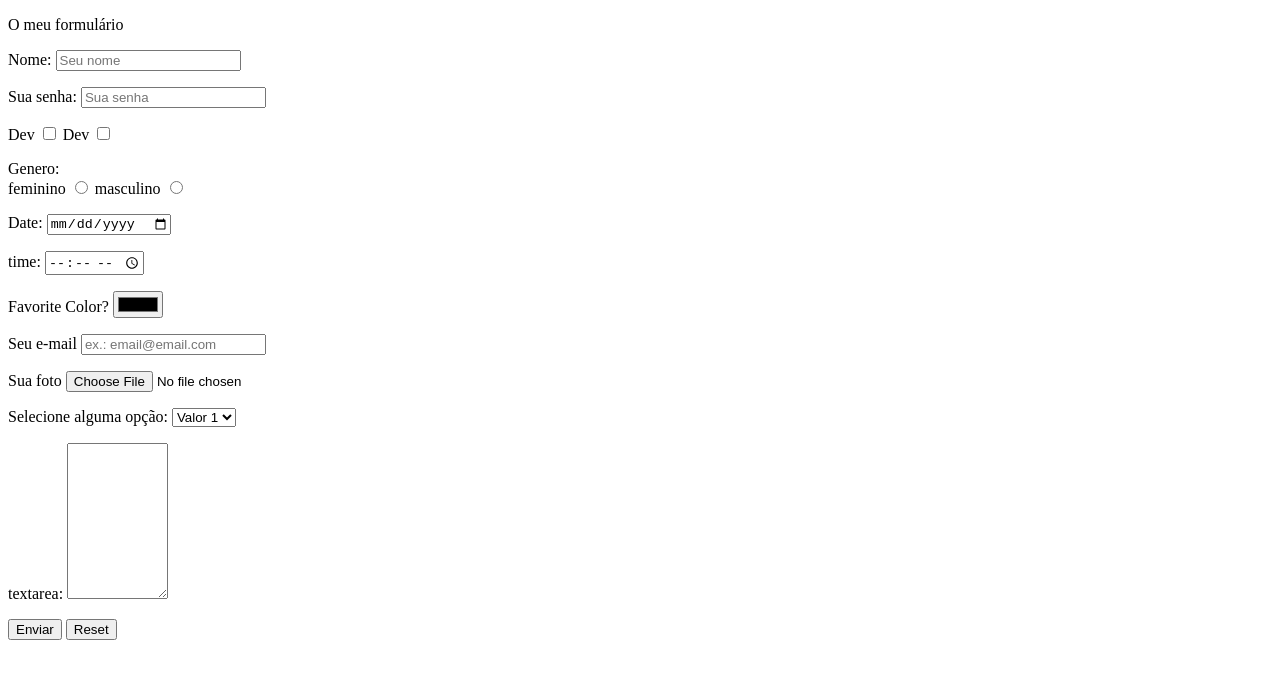
Repository: danilodscosta/CursoHTML
Page: index2.html
An editor plug-in stored every save of this project. The page is shown before and after the next save, followed by the edit.
The browser window is 1280 px wide. The pictures show the whole page.

Above is the page before, as saved 2023-11-02 16:15:34.

### index2.html
<!DOCTYPE html>
<html lang="pt-BR">

<head>
    <meta charset="utf-8">
    <meta name="viewport"
    content="width=device-width, inital-scale=1.0">
    <title>HTML</title>

    <style>
        label {
            cursor: pointer;
        }

    </style>
</head>

<body>
    <form action="#" method="get" autocomplete="off">
        <p>O meu formulário</p>
        <p>
            <label for="nome">Nome:</label>
            <input type="text" id="nome" name="nome" placeholder="Seu nome">
        </p>

        <p>
            <label for="password">Sua senha:</label>
            <input type="password" id="password" name="password" placeholder="Sua senha">
        </p>

        <p>
            <label for="dev">Dev</label>
            <input type="checkbox" id="dev">
            <label for="dev">Dev</label>
            <input type="checkbox" id="dev">
        </p>

        <p>
            Genero:<br>
            <label for="feminino">feminino</label>
            <input type="radio" id="feminino" name="genero" value="feminino">
            <label for="masculino">masculino</label>
            <input type="radio" id="masculino" name="genero" value="masculino">
        </p>

        <p>
            <label for="date">Date:</label>
            <input type="date" id="date" name="date">
        </p>

        <p>
            <label for="hora">time:</label>
            <input type="time" id="hora" name="hora">
        </p>

        <p>
            <label for="cor">Favorite Color?</label>
            <input type="color" id="cor" name="cor">
        </p>

        <p>
            <label for="email">Seu e-mail</label>
            <input type="email" id="email" name="email" placeholder="ex.: email@email.com">
        </p>

        <p>
            <label for="file">Sua foto</label>
            <input type="file" id="file" name="file">
        </p>

        <p>
            <label for="select">Selecione alguma opção:</label>
            <select name="select" id="select">
                <option value="qualquer 1" label="Valor 1">
                <option value="qualquer 2" label="Valor 2">
                <option value="qualquer 3" label="Valor 3">
                <option value="qualquer 4" label="Valor 4">
            </select>
        </p>

        <p>
            <label for="textarea">textarea:</label>
            <textarea name="textarea" id="textarea" cols="10" rows="10"></textarea>
        </p>




        <p>
            <button type="submit">Enviar</button>
            <button type="reset">Reset</button>
        </p>


    </form>

</body>

</html>

After the next save:
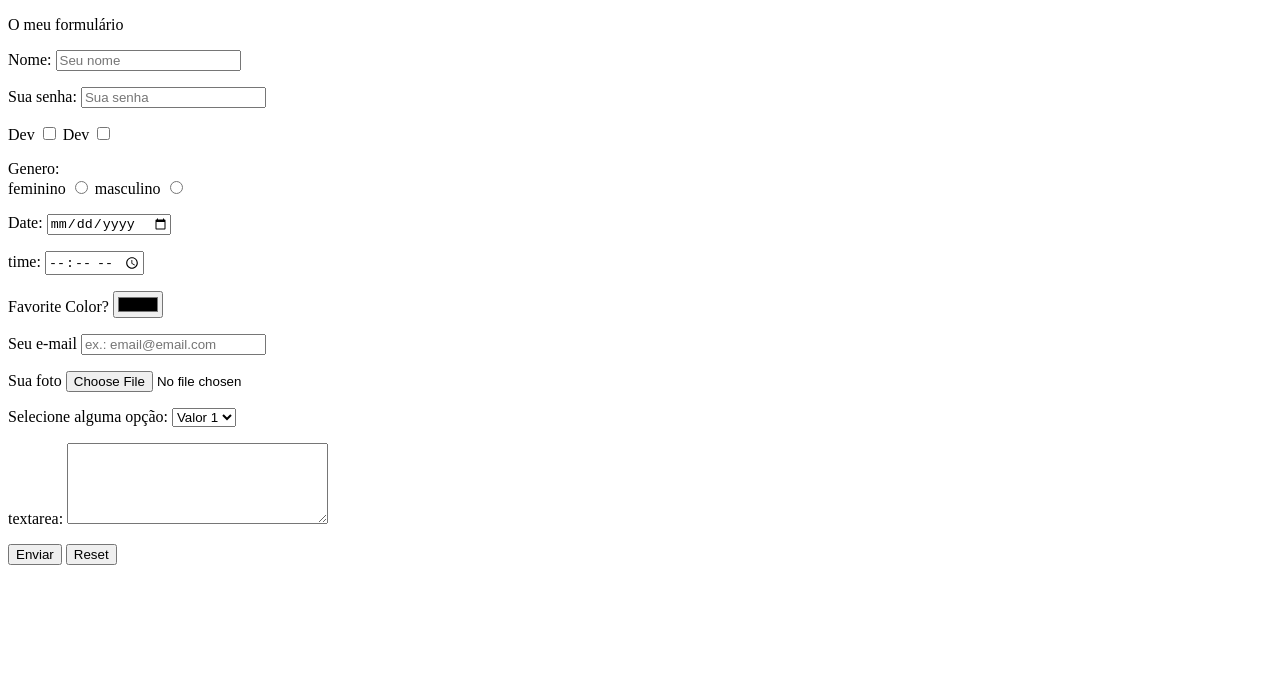
Saved 8 s later.
--- a/index2.html
+++ b/index2.html
@@ -80,7 +80,7 @@
 
         <p>
             <label for="textarea">textarea:</label>
-            <textarea name="textarea" id="textarea" cols="10" rows="10"></textarea>
+            <textarea name="textarea" id="textarea" cols="30" rows="5"></textarea>
         </p>
 
 
